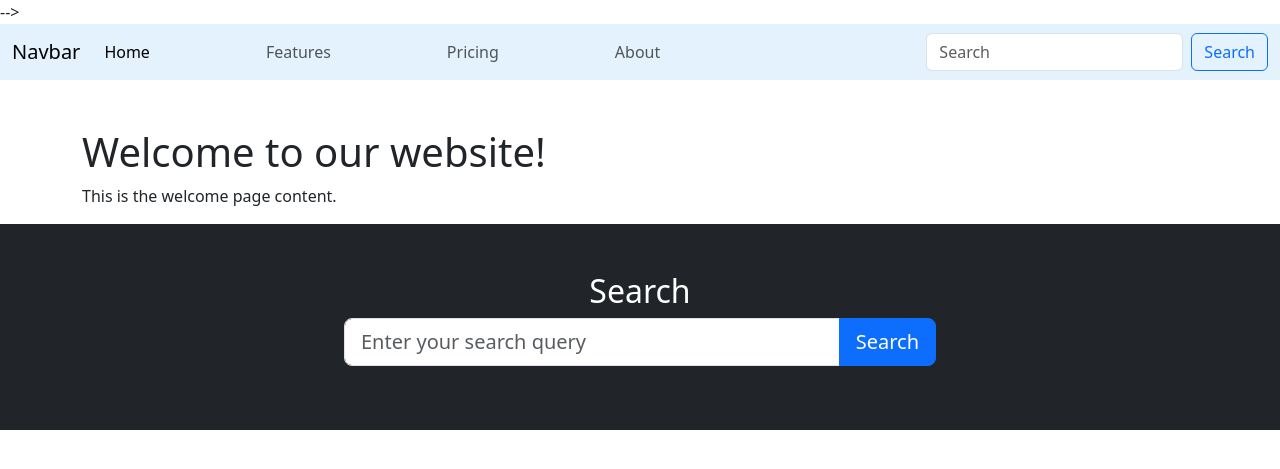
Repository: gyfffffff/meishimeike_test
Page: meishimeike/hello.html
The author's editor kept a copy of each file at every save. The page is drawn from the files as they stood at one save, then again after a run of saves.
The browser window is 1280 px wide. The pictures show the whole page.

Above is the page before, as saved 2023-07-13 10:51:48.

After the next 3 saves:
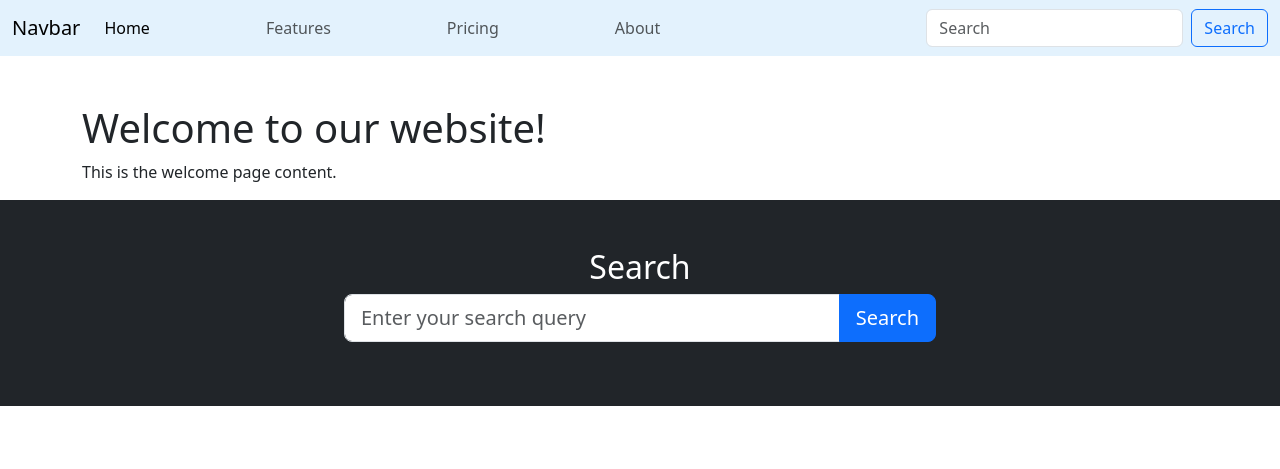
The 3 saves are shown as one change because they came seconds apart.
The last was saved 15 s later.
--- a/meishimeike/hello.html
+++ b/meishimeike/hello.html
@@ -10,7 +10,7 @@
             margin-right: 100px;
             /* 调整右侧间距 */
         }
-    </style> -->
+    </style>
 
     <title>美食每刻</title>
 </head>
